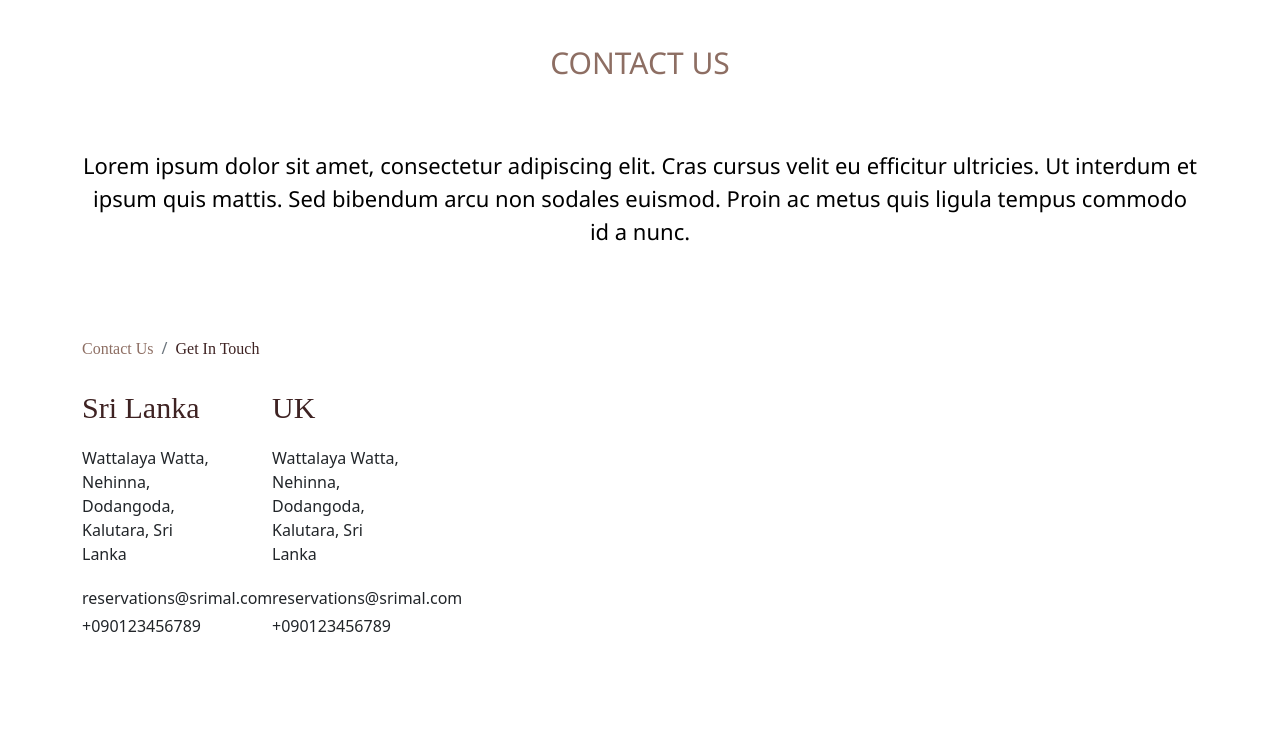
Repository: kaushalyaweerakoon/Plantation-Villa
Page: contact-us.html
These files come from the project's save history. The page is drawn as it stood at one moment and after a run of saves; the edit follows.
The browser window is 1280 px wide. The pictures show the part of the page from y = 0 to 750 px (the page is 1380 px tall before and 1385 px after).
Pictures or frames that could not be fetched are drawn as grey boxes. Some web fonts or font styles are not loaded; a fallback is used.

Above is the page before, as saved 2022-08-15 14:33:28.
Not found: assets/js/main.js

After the next 7 saves:
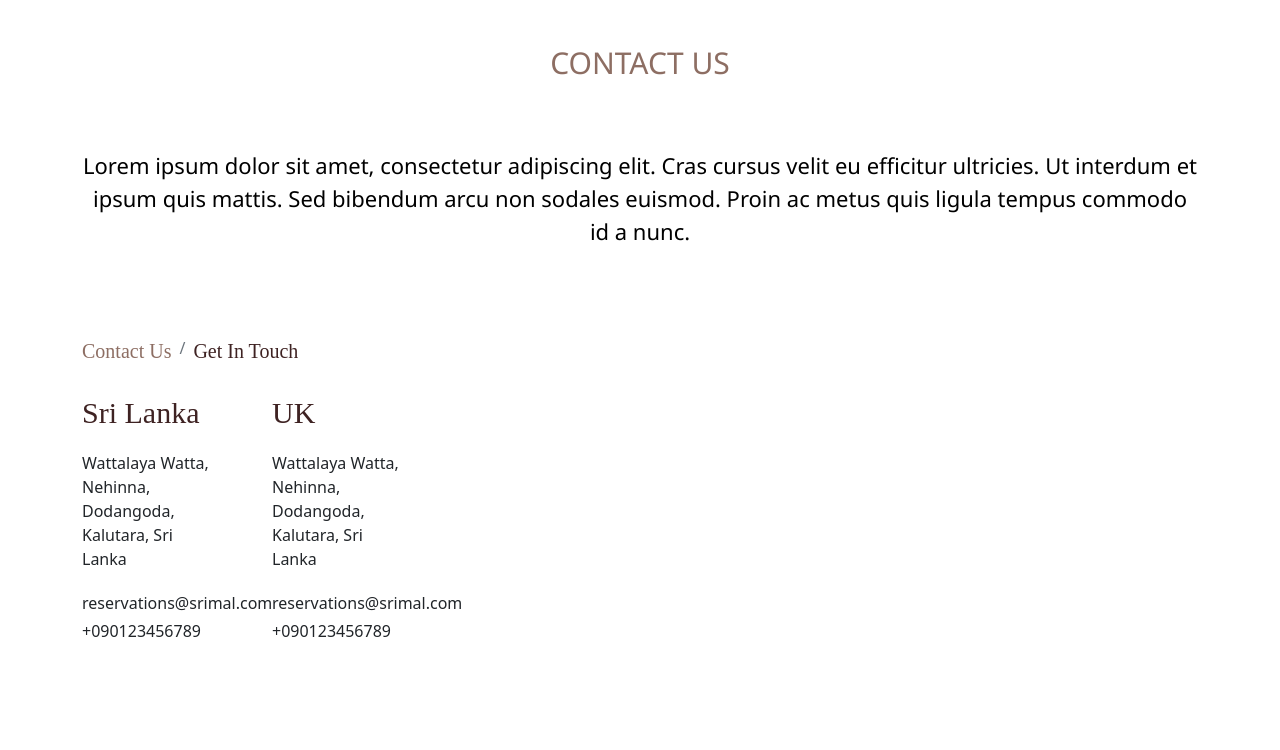
The 7 saves are shown as one change because they came seconds apart.
The last was saved 3 min 20 s later.
--- a/asserts/css/main.css
+++ b/asserts/css/main.css
@@ -72,6 +72,7 @@
   text-decoration: none;
   color: var(--font-color-8d6e63);
   font-weight: normal;
+  font-size: var(--font-size-20px);
 }
 
 .breadcrumb-text.active {
